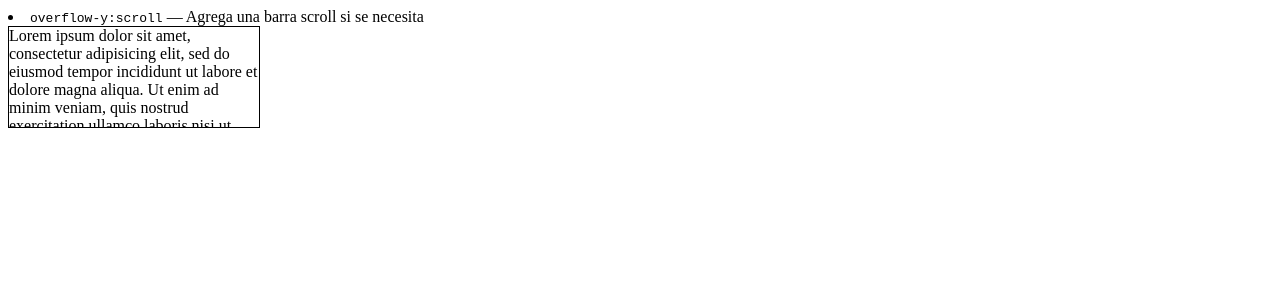
Repository: Franzcod/DepoStock_Web
Page: index.html
An editor plug-in stored every save of this project. The page is shown before and after the next save, followed by the edit.
The browser window is 1280 px wide. The pictures show the whole page.

Above is the page before, as saved 2020-06-07 01:49:58.
Console error: ReferenceError: ur is not defined

### index.html
<!DOCTYPE html>
<html lang="en">
<head>
    <meta charset="UTF-8">
    <meta name="viewport" content="width=device-width, initial-scale=1.0">
    <title>Deposito Probusol</title>

    <link rel="stylesheet" href="estilo/estilo.css">
</head>
<body>

    <li><code>overflow-y:scroll</code> — Agrega una barra scroll si se necesita
        <div id="div2">
            Lorem ipsum dolor sit amet, consectetur adipisicing elit, sed do eiusmod tempor incididunt ut labore et dolore magna aliqua. Ut enim ad minim veniam, quis nostrud exercitation ullamco laboris nisi ut aliquip ex ea commodo consequat. Duis aute irure dolor in reprehenderit in voluptate velit esse cillum dolore eu fugiat nulla pariatur.
        </div>
    </li>







    <script>ur</script>

</body>







</html>

### estilo/estilo.css
#div1,
#div2,
#div3,
#div4 {
    border: 1px solid black;
    width:  250px;
    height: 100px;
}

#div1 { overflow-y: hidden; margin-bottom: 12px;}
#div2 { overflow-y: scroll; margin-bottom: 12px;}
#div3 { overflow-y: visible; margin-bottom: 120px;}
#div4 { overflow-y: auto; margin-bottom: 120px;}

After the next save:
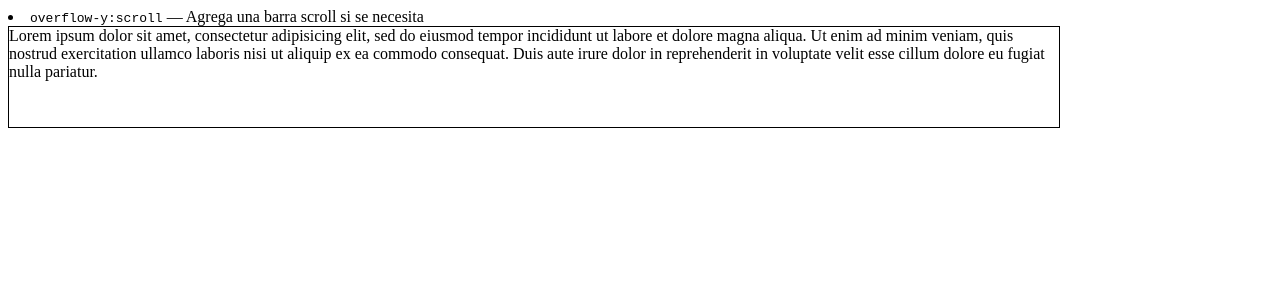
Saved 31 s later.
--- a/estilo/estilo.css
+++ b/estilo/estilo.css
@@ -3,7 +3,7 @@
 #div3,
 #div4 {
     border: 1px solid black;
-    width:  250px;
+    width:  1050px;
     height: 100px;
 }
 
